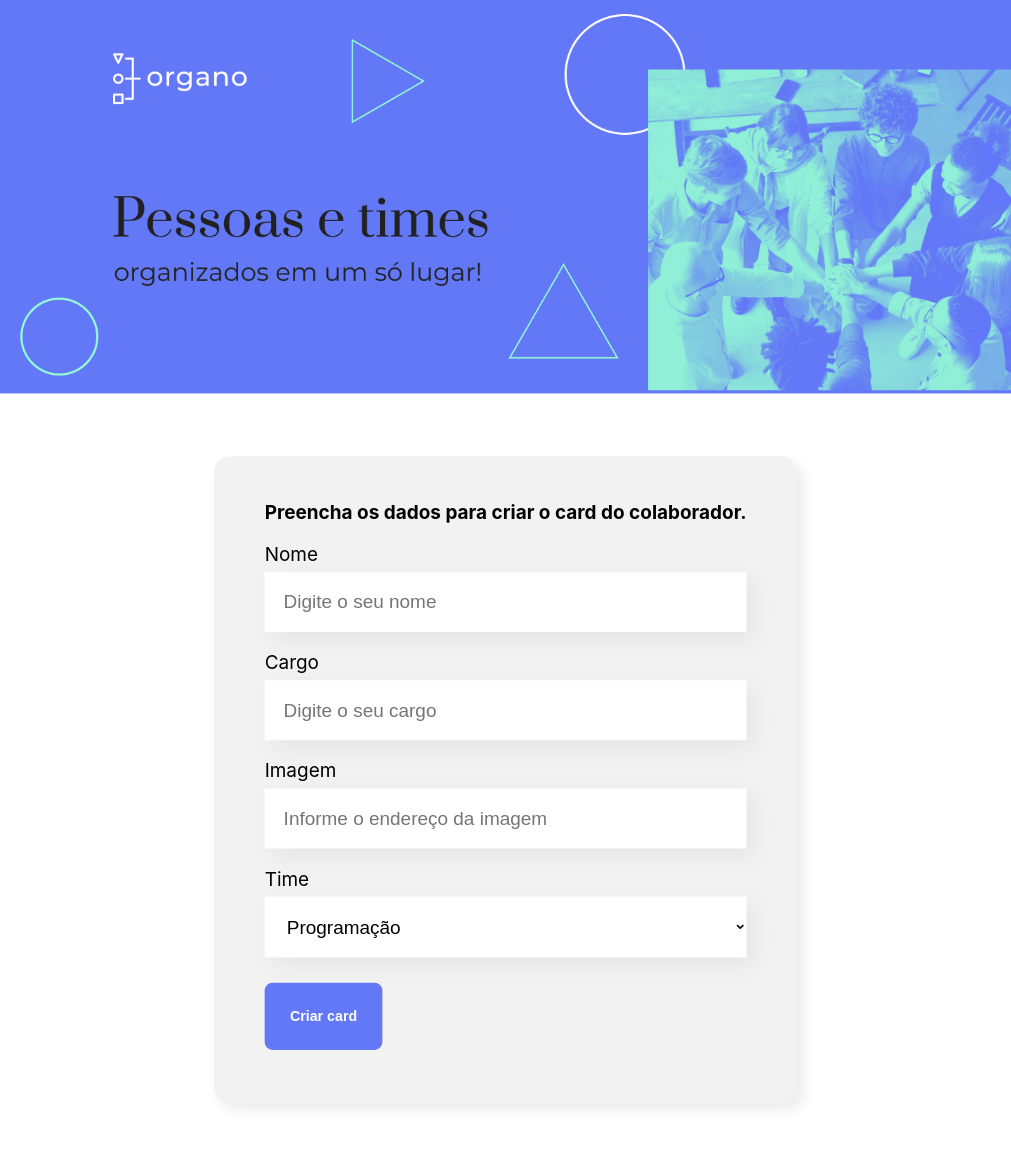
Repository: devMuriloOliveira/organo
Page: /
These files come from the project's save history. The page is drawn as it stood at one moment and after the next save; the edit follows.
The browser window is 1280 px wide. The pictures show the whole page, at 79% of full size.
The project was rebuilt for these pictures with package versions that can differ from the ones it lists, and the page was loaded fresh each time.

Above is the page before, as saved 2023-01-12 17:52:43.

### src/App.js

import Banner from './componentes/Banner/Banner'
import Formulario from './componentes/Formulario'


function App() {
  return (
    <div className="App">
      <Banner/>
      <Formulario/>


    </div>
  )
}

export default App

### src/componentes/Banner/Banner.js
import './Banner.css'

function Banner() {
  return (
    <header className="banner">
      <img src="/imagens/banner.png" alt="O banner principal da pagina Organo"/>
    </header>


    )

}

export default Banner

### src/componentes/Formulario/index.js
import Botao from '../Botao'
import CampoTexto from '../CampoTexto'
import ListaSuspensa from '../ListaSuspensa'
import './Formulario.css'

const Formulario = () =>{

    const times = [
      'Programação',
      'Front-End',
      'Data Science',
      'Devops',
      'UX e Design',
      'Mobile',
      'Inovação e Gestão'
    ]

    const aoSalvar = (evento) => {
      evento.preventDefault()
      console.log('Form foi submetido')
    }

  return(

    <section className='formulario'>
      <form onSubmit={aoSalvar}>
        <h2>Preencha os dados para criar o card do colaborador.</h2>
      <CampoTexto obrigatorio={true} label="Nome" placeholder="Digite o seu nome"/>
      <CampoTexto obrigatorio={true} label="Cargo" placeholder="Digite o seu cargo"/>
      <CampoTexto label="Imagem" placeholder="Informe o endereço da imagem"/>
      <ListaSuspensa obrigatorio={true} label="Time" itens={times}/>
      <Botao>
        Criar card
      </Botao>
      </form>
    </section>
  )
}

export default Formulario

### src/componentes/Banner/Banner.css
.banner {
  background-color: #6278F7;
  text-align: center;
}

.banner img {
  max-width: 100%;
}

### src/componentes/Botao/index.js
import './Botao.css'

const Botao = (props) =>{
  return(
      <button className='botao'>
        {props.children}
      </button>
  )
}

export default Botao

### src/componentes/CampoTexto/index.js
import { useState } from 'react'
import './CampoTexto.css'

const CampoTexto = (props) =>{

  //let valor = ''

  const [valor, setValor] = useState('')

  const aiDigitado = (evento) =>{
  setValor(evento.target.value)
  console.log(valor)
}

  return(
    <div className="campo-texto">
      <label>{props.label}</label>
      <input value={valor} onChange={aiDigitado} required={props.obrigatorio} placeholder={props.placeholder}/>
    </div>
  )
}

export default CampoTexto

### src/componentes/ListaSuspensa/index.js
import './ListaSuspensa.css'

const ListaSuspensa = (props) => {
  return(
    <div className='lista-suspensa'>
        <label>{props.label}</label>
        <select required={props.required}>
          {props.itens.map(item => {
            return <option key={item}>{item}</option>
          })}
        </select>
    </div>
  )
}

export default ListaSuspensa

### src/componentes/Formulario/Formulario.css
.formulario {
  display: flex;
  justify-content: center;
  margin: 80px 0;
}

.formulario form {
  max-width: 80%;
  background-color: #f2f2f2;
  border-radius: 20px;
  padding: 36px 64px;
  box-shadow: 8px 8px 16px rgba(0, 0, 0, 0.08);
}

### src/componentes/Botao/Botao.css
.botao {
  background-color: #6278F7;
  border-radius: 10px;
  font-weight: 700;
  font-size: 18px;
  padding: 32px;
  border: none;
  cursor: pointer;
  color: #fff;
  margin: 32px 0;
}

.botao:hover {
  color: #95ffd4;
}

### src/componentes/CampoTexto/CampoTexto.css
.campo-texto {
  margin: 24px 0;
}

.campo-texto label {
  display: block;
  margin-bottom: 8px;
  font-size: 24px;
}

.campo-texto input {
  background-color: #fff;
  box-shadow: 10px 10px 30px rgba(0, 0, 0, 0.06);
  width: 100%;
  border: none;
  font-size: 24px;
  padding: 24px;
  box-sizing: border-box;
}

### src/componentes/ListaSuspensa/ListaSuspensa.css
.lista-suspensa label {
  display: block;
  margin-bottom: 8px;
  font-size: 24px;
}

.lista-suspensa select {
  background-color: #fff;
  box-shadow: 10px 10px 30px rgba(0, 0, 0, 0.06);
  width: 100%;
  border: none;
  font-size: 24px;
  padding: 24px;
  box-sizing: border-box;
}

Loaded but not shown: public/index.html (common file); src/index.js (common file); src/index.css (common file)

After the next save:
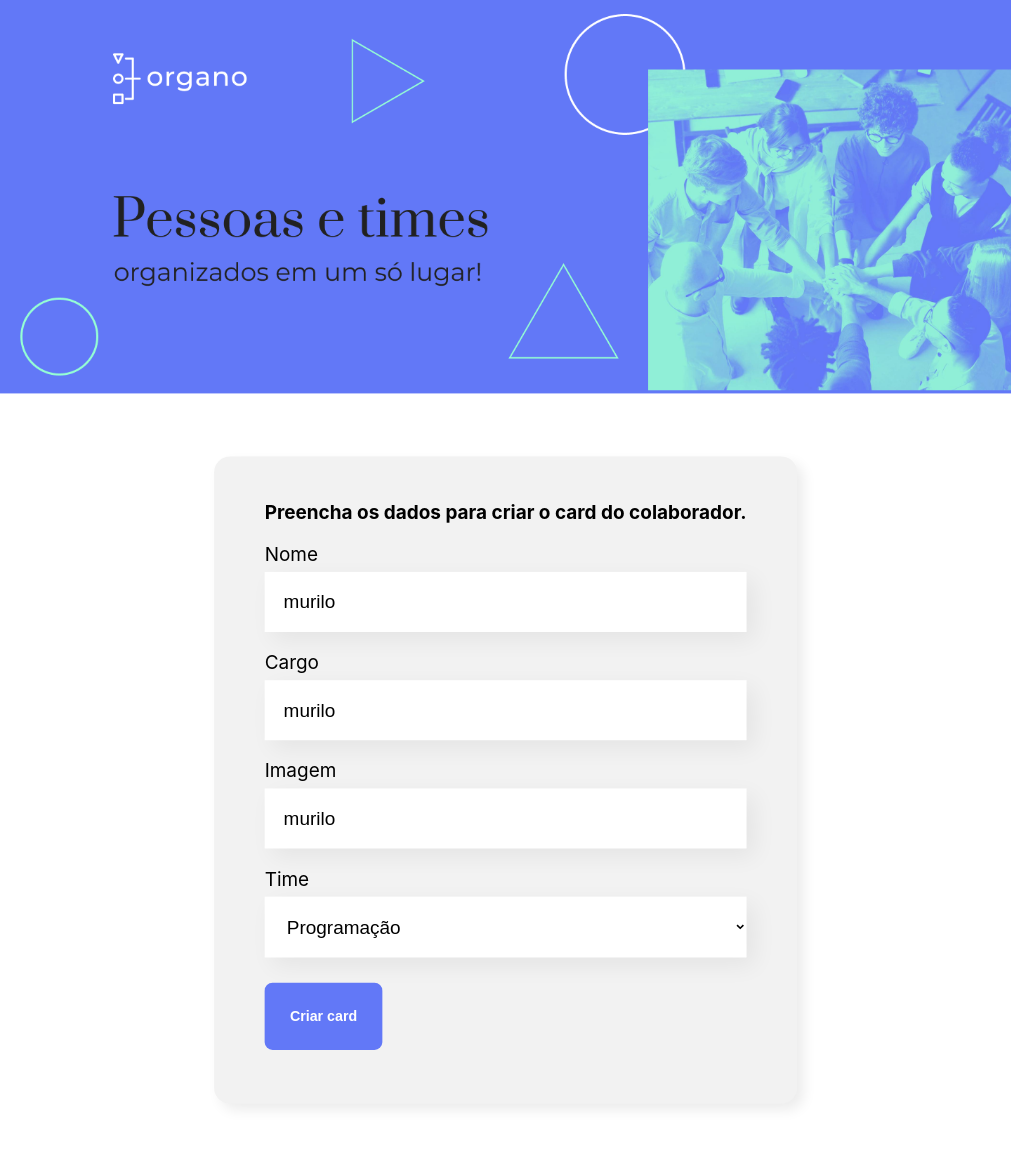
Saved 45 s later.
--- a/src/componentes/CampoTexto/index.js
+++ b/src/componentes/CampoTexto/index.js
@@ -5,7 +5,7 @@
 
   //let valor = ''
 
-  const [valor, setValor] = useState('')
+  const [valor, setValor] = useState('murilo')
 
   const aiDigitado = (evento) =>{
   setValor(evento.target.value)

After the save that followed:
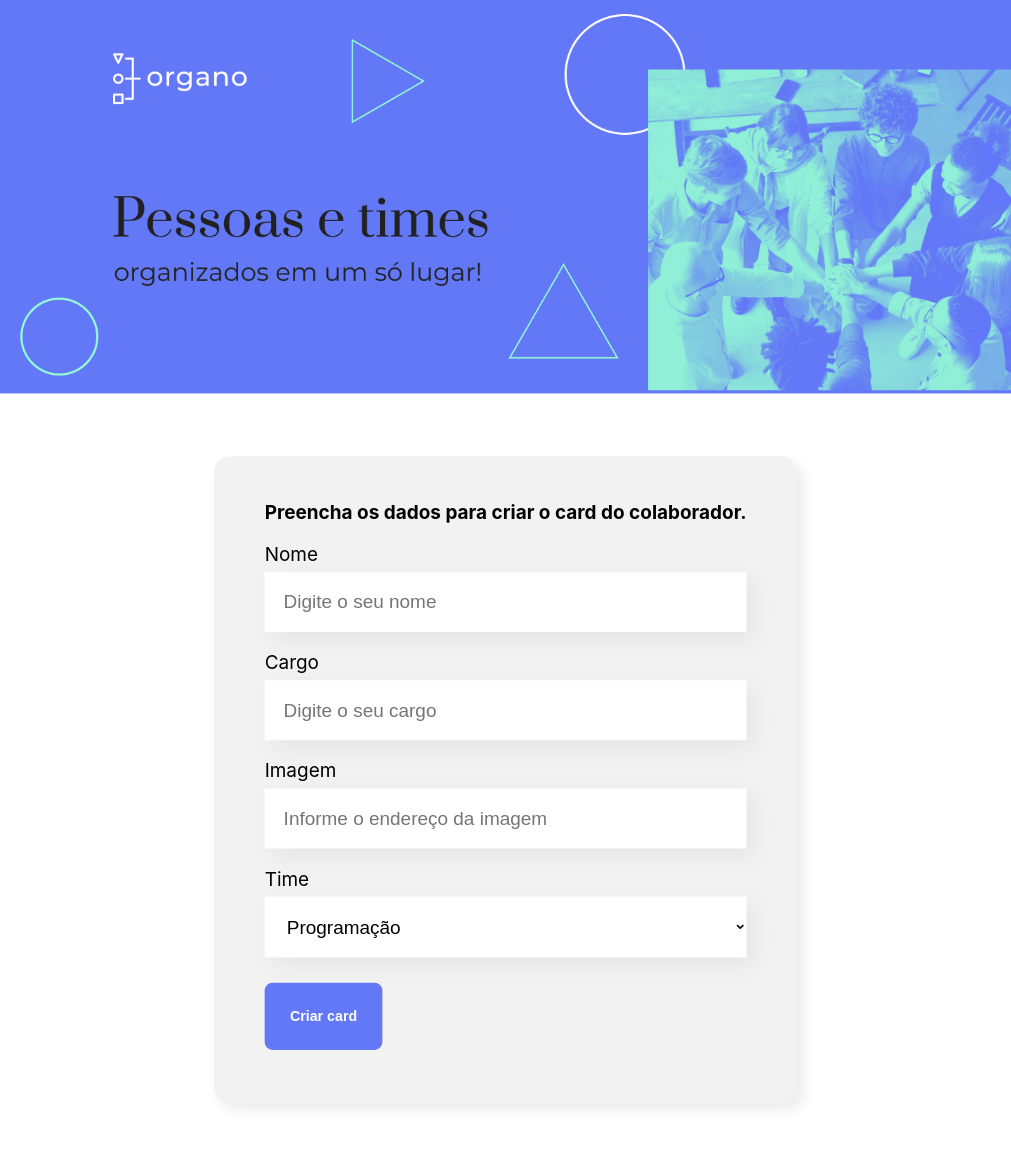
Saved 8 s later.
--- a/src/componentes/CampoTexto/index.js
+++ b/src/componentes/CampoTexto/index.js
@@ -5,7 +5,7 @@
 
   //let valor = ''
 
-  const [valor, setValor] = useState('murilo')
+  const [valor, setValor] = useState('')
 
   const aiDigitado = (evento) =>{
   setValor(evento.target.value)
